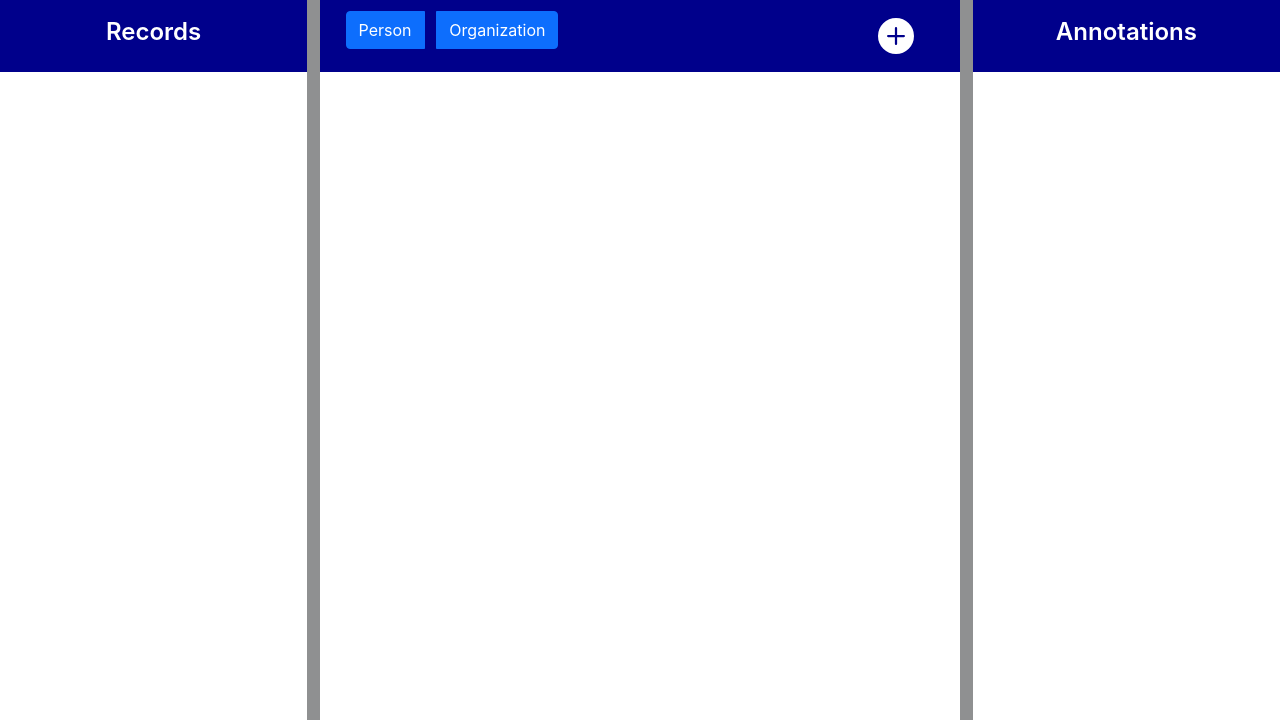
Repository: napan24/classforma_assignment
Page: / (app in client/)
These files come from the project's save history. The page is drawn as it stood at one moment and after a run of saves; the edit follows.
The browser window is 1280 px wide. The pictures show the whole page.
The project was rebuilt for these pictures with package versions that can differ from the ones it lists, and the page was loaded fresh each time. Also part of the build but not shown: client/src/App.css.

Above is the page before, as saved 2022-07-19 17:08:24.

### client/public/index.html
<!DOCTYPE html>
<html lang="en">
  <head>
    <meta charset="utf-8" />
    <link rel="icon" href="%PUBLIC_URL%/favicon.ico" />
    <meta name="viewport" content="width=device-width, initial-scale=1" />
    <meta name="theme-color" content="#000000" />
    <meta
      name="description"
      content="Web site created using create-react-app"
    />
    <link href="https://cdn.jsdelivr.net/npm/bootstrap@5.1.3/dist/css/bootstrap.min.css" rel="stylesheet" integrity="sha384-1BmE4kWBq78iYhFldvKuhfTAU6auU8tT94WrHftjDbrCEXSU1oBoqyl2QvZ6jIW3" crossorigin="anonymous">
    <link rel="apple-touch-icon" href="%PUBLIC_URL%/logo192.png" />
    <!--
      manifest.json provides metadata used when your web app is installed on a
      user's mobile device or desktop. See https://developers.google.com/web/fundamentals/web-app-manifest/
    -->
    <link rel="manifest" href="%PUBLIC_URL%/manifest.json" />
    <!--
      Notice the use of %PUBLIC_URL% in the tags above.
      It will be replaced with the URL of the `public` folder during the build.
      Only files inside the `public` folder can be referenced from the HTML.

      Unlike "/favicon.ico" or "favicon.ico", "%PUBLIC_URL%/favicon.ico" will
      work correctly both with client-side routing and a non-root public URL.
      Learn how to configure a non-root public URL by running `npm run build`.
    -->
    <title>React App</title>
  </head>
  <body>
    <noscript>You need to enable JavaScript to run this app.</noscript>
    <div id="root"></div>
    <!--
      This HTML file is a template.
      If you open it directly in the browser, you will see an empty page.

      You can add webfonts, meta tags, or analytics to this file.
      The build step will place the bundled scripts into the <body> tag.

      To begin the development, run `npm start` or `yarn start`.
      To create a production bundle, use `npm run build` or `yarn build`.
    -->
    <script src="https://cdn.jsdelivr.net/npm/bootstrap@5.1.3/dist/js/bootstrap.bundle.min.js" integrity="sha384-ka7Sk0Gln4gmtz2MlQnikT1wXgYsOg+OMhuP+IlRH9sENBO0LRn5q+8nbTov4+1p" crossorigin="anonymous"></script>
  </body>
</html>

### client/src/App.js
import logo from './logo.svg';
import './App.css';
import Home from './Home';

function App() {
  return (
    <>
      <Home></Home>
    </>
  );
}

export default App;

### client/src/Home.js
import React from 'react'

const Home = () => {
    return (
        <>
            <div style={{ display: 'flex', width: "100vw", height: "100vh",backgroundColor:"#8f9091" }}>
                <div style={{ width: "24vw", height: "100vh", backgroundColor: "white", marginRight: "1vw" }}>
                    <div style={{ width: "24vw", height: "10vh", backgroundColor: "#00008b", textAlign: 'center', fontSize: '150%', color: "white", fontWeight: "600", position: "fixed" }}>
                        <p style={{ marginTop: "2vh" }}>
                            Records
                        </p>
                    </div>
                    <div>

                    </div>
                </div>
                <div style={{ width: "50vw", height: "100vh", backgroundColor: "white", marginRight: "1vw" }}>
                    <div style={{ width: "50vw", height: "10vh", backgroundColor: "#00008b",position:'relative' }}>
                        <div class="btn-group" style={{ marginTop: "1.5vh", marginLeft: "2vw" }}>
                            <button type="button" class="btn btn-primary" style={{ marginRight: "1vw" }}>Person</button>
                            <button type="button" class="btn btn-primary">Organization</button>
                        </div>
                        <svg style={{width:"20%",height:"50%",marginTop:'2.5vh',position:"absolute",right:"0",color:"white"}} xmlns="http://www.w3.org/2000/svg" fill="currentColor" class="bi bi-plus-circle-fill" viewBox="0 0 16 16">
                            <path d="M16 8A8 8 0 1 1 0 8a8 8 0 0 1 16 0zM8.5 4.5a.5.5 0 0 0-1 0v3h-3a.5.5 0 0 0 0 1h3v3a.5.5 0 0 0 1 0v-3h3a.5.5 0 0 0 0-1h-3v-3z" />
                        </svg>
                    </div>
                    <div>

                    </div>
                </div>
                <div style={{ width: "24vw", height: "100vh", backgroundColor: "white" }}>
                    <div style={{ width: "24vw", height: "10vh", backgroundColor: "#00008b", textAlign: 'center', fontSize: '150%', color: "white", fontWeight: "600", position: "fixed" }}>
                        <p style={{ marginTop: "2vh" }}>
                            Annotations
                        </p>
                    </div>
                    <div>

                    </div>
                </div>
            </div>
        </>
    )
}

export default Home

Loaded but not shown: client/src/index.js (common file); client/src/index.css (common file); client/src/reportWebVitals.js (common file)

After the next 3 saves:
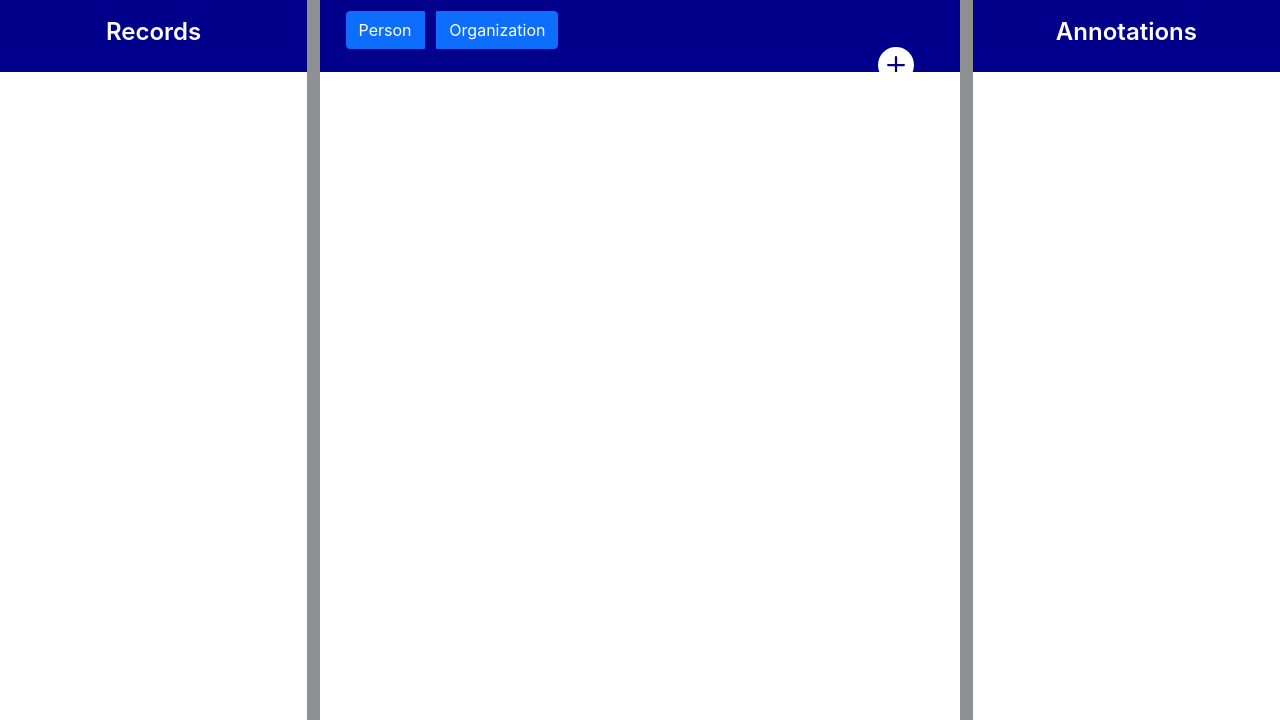
The 3 saves are shown as one change because 1 did not build or start and some came seconds apart.
The last was saved 7 min 47 s later.
--- a/client/src/Home.js
+++ b/client/src/Home.js
@@ -3,7 +3,7 @@ import React from 'react'
 const Home = () => {
     return (
         <>
-            <div style={{ display: 'flex', width: "100vw", height: "100vh",backgroundColor:"#8f9091" }}>
+            <div style={{ display: 'flex', width: "100vw", height: "100vh", backgroundColor: "#8f9091" }}>
                 <div style={{ width: "24vw", height: "100vh", backgroundColor: "white", marginRight: "1vw" }}>
                     <div style={{ width: "24vw", height: "10vh", backgroundColor: "#00008b", textAlign: 'center', fontSize: '150%', color: "white", fontWeight: "600", position: "fixed" }}>
                         <p style={{ marginTop: "2vh" }}>
@@ -15,14 +15,17 @@ const Home = () => {
                     </div>
                 </div>
                 <div style={{ width: "50vw", height: "100vh", backgroundColor: "white", marginRight: "1vw" }}>
-                    <div style={{ width: "50vw", height: "10vh", backgroundColor: "#00008b",position:'relative' }}>
+                    <div style={{ width: "50vw", height: "10vh", backgroundColor: "#00008b", position: 'relative' }}>
                         <div class="btn-group" style={{ marginTop: "1.5vh", marginLeft: "2vw" }}>
                             <button type="button" class="btn btn-primary" style={{ marginRight: "1vw" }}>Person</button>
                             <button type="button" class="btn btn-primary">Organization</button>
                         </div>
-                        <svg style={{width:"20%",height:"50%",marginTop:'2.5vh',position:"absolute",right:"0",color:"white"}} xmlns="http://www.w3.org/2000/svg" fill="currentColor" class="bi bi-plus-circle-fill" viewBox="0 0 16 16">
-                            <path d="M16 8A8 8 0 1 1 0 8a8 8 0 0 1 16 0zM8.5 4.5a.5.5 0 0 0-1 0v3h-3a.5.5 0 0 0 0 1h3v3a.5.5 0 0 0 1 0v-3h3a.5.5 0 0 0 0-1h-3v-3z" />
-                        </svg>
+                        <label for="file">
+                            <svg style={{ width: "20%", height: "50%", marginTop: '2.5vh', position: "absolute", right: "0", color: "white" }} xmlns="http://www.w3.org/2000/svg" fill="currentColor" class="bi bi-plus-circle-fill" viewBox="0 0 16 16">
+                                <path d="M16 8A8 8 0 1 1 0 8a8 8 0 0 1 16 0zM8.5 4.5a.5.5 0 0 0-1 0v3h-3a.5.5 0 0 0 0 1h3v3a.5.5 0 0 0 1 0v-3h3a.5.5 0 0 0 0-1h-3v-3z" />
+                            </svg>
+                        </label>
+                        <input type="file" id="file" style={{ display: "none" }} />
                     </div>
                     <div>
 
